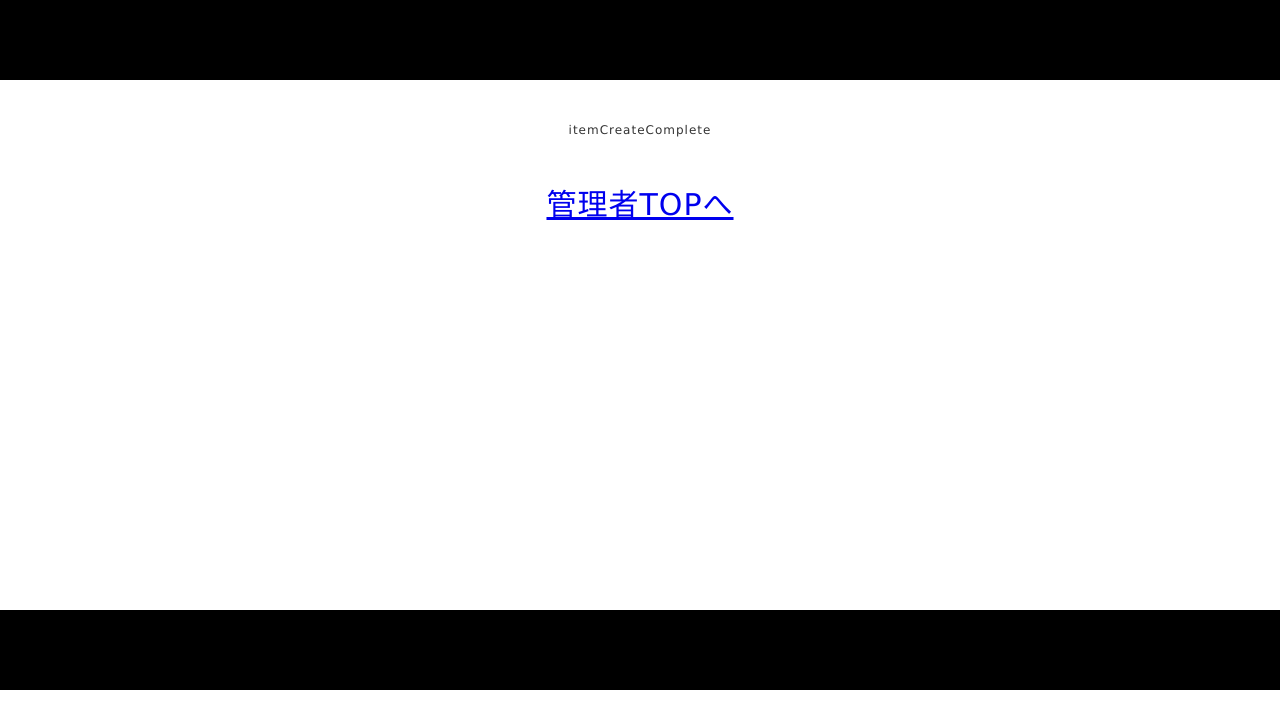
Repository: kazuki000/test
Page: http://localhost/ecsite/itemCreateComplete.jsp
These files come from the project's save history. The page is drawn as it stood at one moment and after the next save; the edit follows.
The browser window is 1280 px wide. The pictures show the whole page.
The page is served by Tomcat 9.

Above is the page before, as saved 2019-05-04 07:43:36.

After the next save:
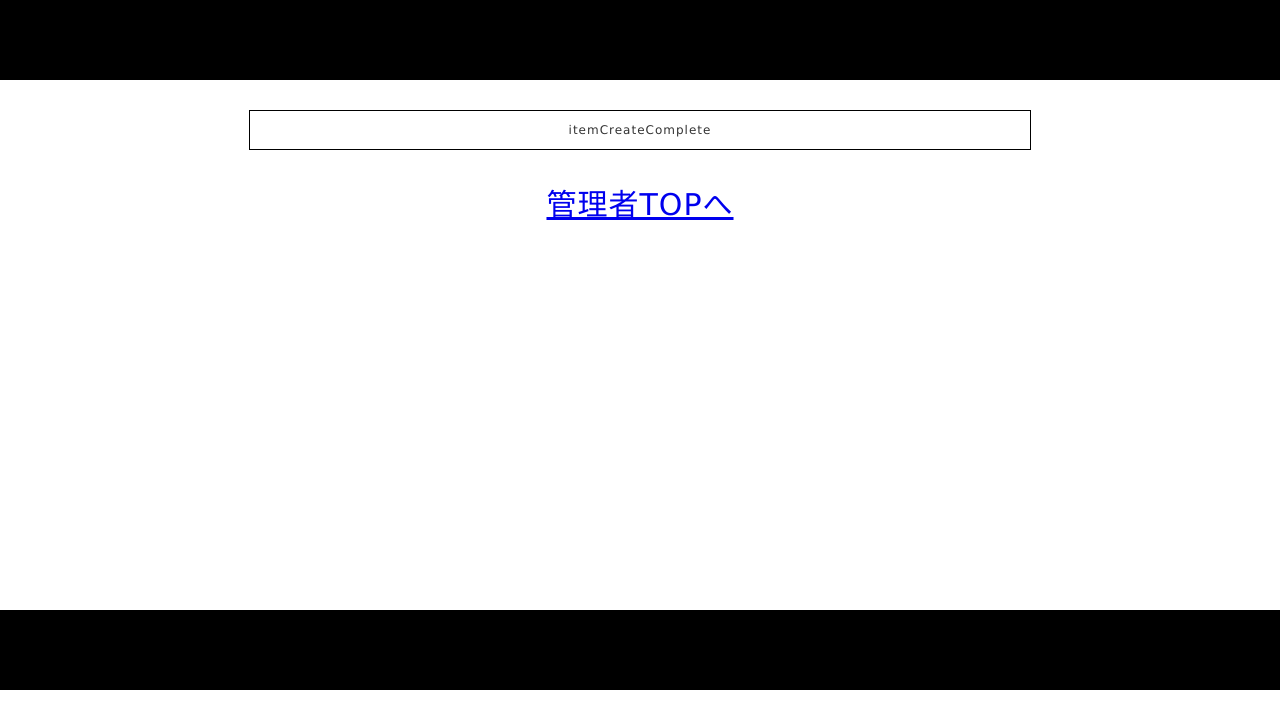
Saved 60 s later.
--- a/ecsite/WebContent/itemCreateComplete.jsp
+++ b/ecsite/WebContent/itemCreateComplete.jsp
@@ -33,7 +33,8 @@
 	#top{
 		width:780px;
 		margin:30px auto;
-		border:1px solid #fff;
+		background-color:#fff;
+		border:1px solid black;
 	}
 
 	#header{
